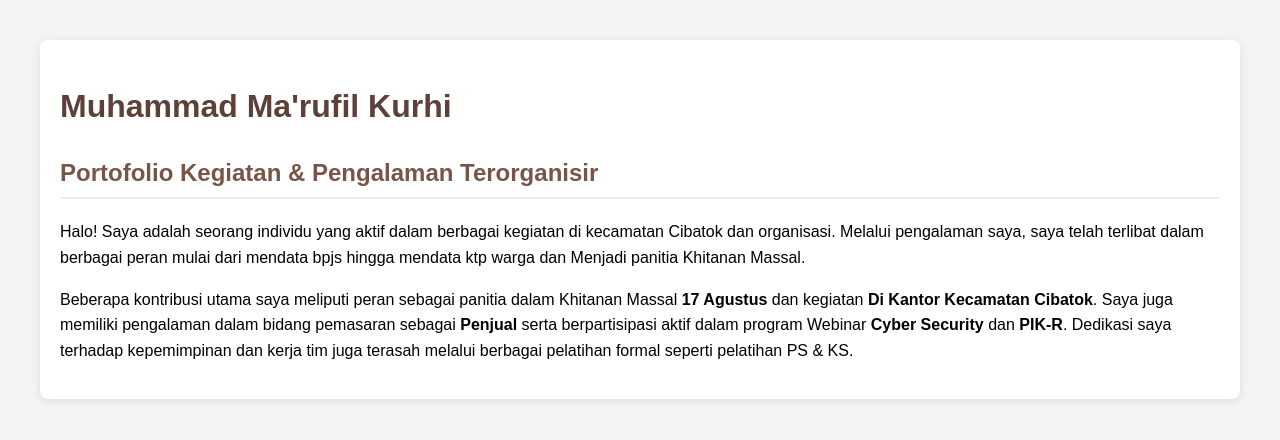
Repository: rufi1126/241552010002-Web-Application-Development
Page: p-2/latihan1.html
An editor plug-in stored every save of this project. The page is shown before and after the next save, followed by the edit.
The browser window is 1280 px wide. The pictures show the whole page.

Above is the page before, as saved 2026-02-27 17:27:31.

### p-2/latihan1.html
<!DOCTYPE html>
<html lang="id">
<head>
    <meta charset="UTF-8">
    <meta name="viewport" content="width=device-width, initial-scale=1.0">
    <title>Portofolio Muhammad Ma'rufil Kurhi</title>
    <style>
        body {
            font-family: Arial, sans-serif;
            line-height: 1.6;
            margin: 40px;
            background-color: #f4f4f4;
        }
        .container {
            background: white;
            padding: 20px;
            border-radius: 8px;
            box-shadow: 0 2px 10px rgba(0,0,0,0.1);
        }
        h1 {
            color: #5d4037;
        }
        h2 {
            color: #795548;
            border-bottom: 2px solid #eee;
            padding-bottom: 5px;
        }
    </style>
</head>
<body>

    <div class="container">
        <h1>Muhammad Ma'rufil Kurhi</h1>
        <h2>Portofolio Kegiatan & Pengalaman Terorganisir</h2>

        <p>
            Halo! Saya adalah seorang individu yang aktif dalam berbagai kegiatan di kecamatan Cibatok dan organisasi.
            Melalui pengalaman saya, saya telah terlibat dalam berbagai peran mulai dari mendata bpjs
            hingga mendata ktp warga dan Menjadi panitia Khitanan Massal.
        </p>

        <p>
            Beberapa kontribusi utama saya meliputi peran sebagai panitia dalam Khitanan Massal <strong>17 Agustus</strong>
            dan kegiatan <strong>Di Kantor Kecamatan Cibatok</strong>. Saya juga memiliki pengalaman dalam bidang pemasaran
            sebagai <strong>Penjual</strong> serta berpartisipasi aktif dalam program Webinar
            <strong>Cyber Security</strong> dan  <strong>PIK-R</strong>. Dedikasi saya terhadap kepemimpinan
            dan kerja tim juga terasah melalui berbagai pelatihan formal seperti pelatihan PS & KS.
        </p>
    </div>

</body>
</html>

After the next save:
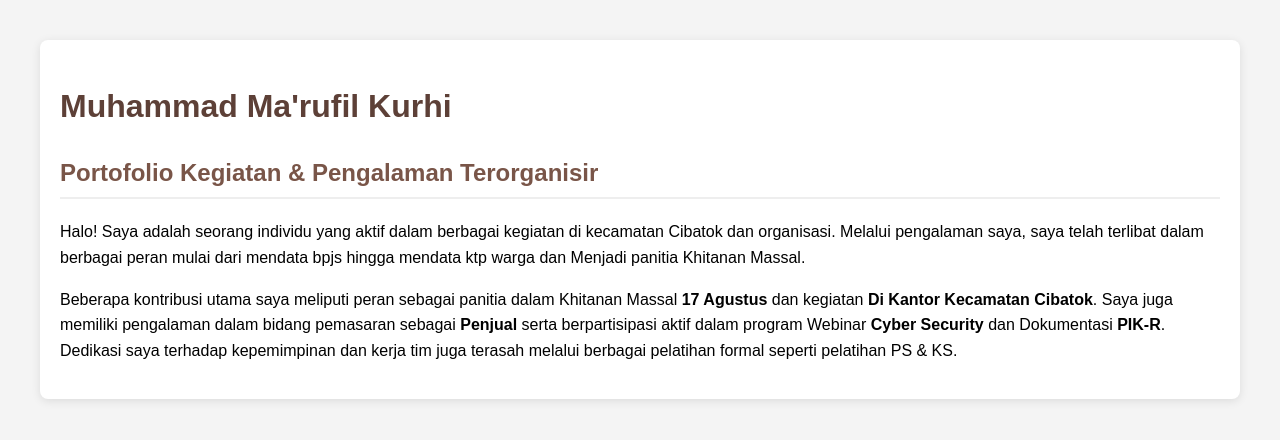
Saved 6 s later.
--- a/p-2/latihan1.html
+++ b/p-2/latihan1.html
@@ -43,7 +43,7 @@
             Beberapa kontribusi utama saya meliputi peran sebagai panitia dalam Khitanan Massal <strong>17 Agustus</strong>
             dan kegiatan <strong>Di Kantor Kecamatan Cibatok</strong>. Saya juga memiliki pengalaman dalam bidang pemasaran
             sebagai <strong>Penjual</strong> serta berpartisipasi aktif dalam program Webinar
-            <strong>Cyber Security</strong> dan  <strong>PIK-R</strong>. Dedikasi saya terhadap kepemimpinan
+            <strong>Cyber Security</strong> dan Dokumentasi <strong>PIK-R</strong>. Dedikasi saya terhadap kepemimpinan
             dan kerja tim juga terasah melalui berbagai pelatihan formal seperti pelatihan PS & KS.
         </p>
     </div>
